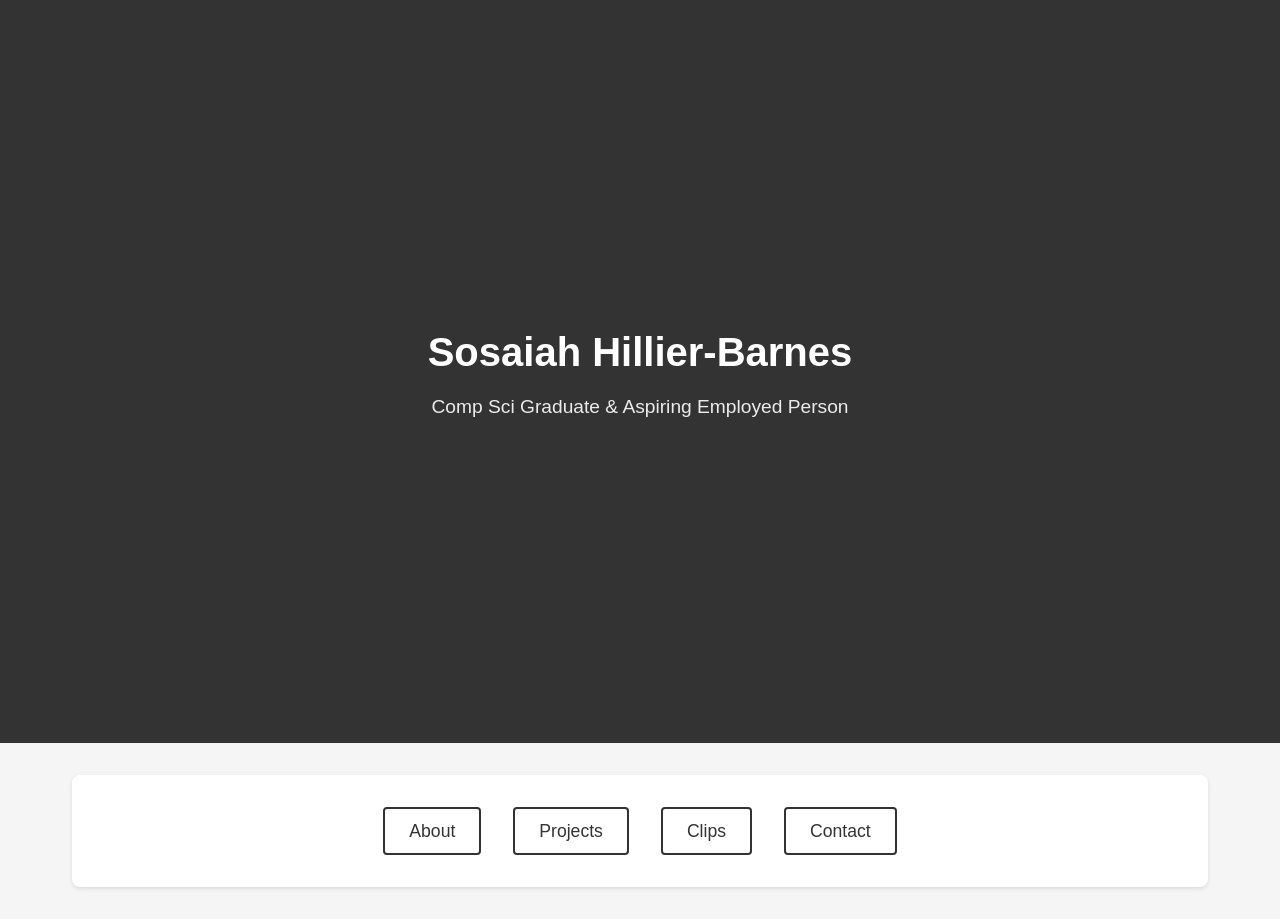
Repository: Hillier-Barnes/PortfolioWebsiteNew
Page: /
The author's editor kept a copy of each file at every save. The page is drawn from the files as they stood at one save, then again after the next save.
The browser window is 1280 px wide. The pictures show the whole page.
The project was rebuilt for these pictures with package versions that can differ from the ones it lists, and the page was loaded fresh each time. Also part of the build but not shown: vite.config.js.

Above is the page before, as saved 2025-11-12 14:32:56.

After the next save:
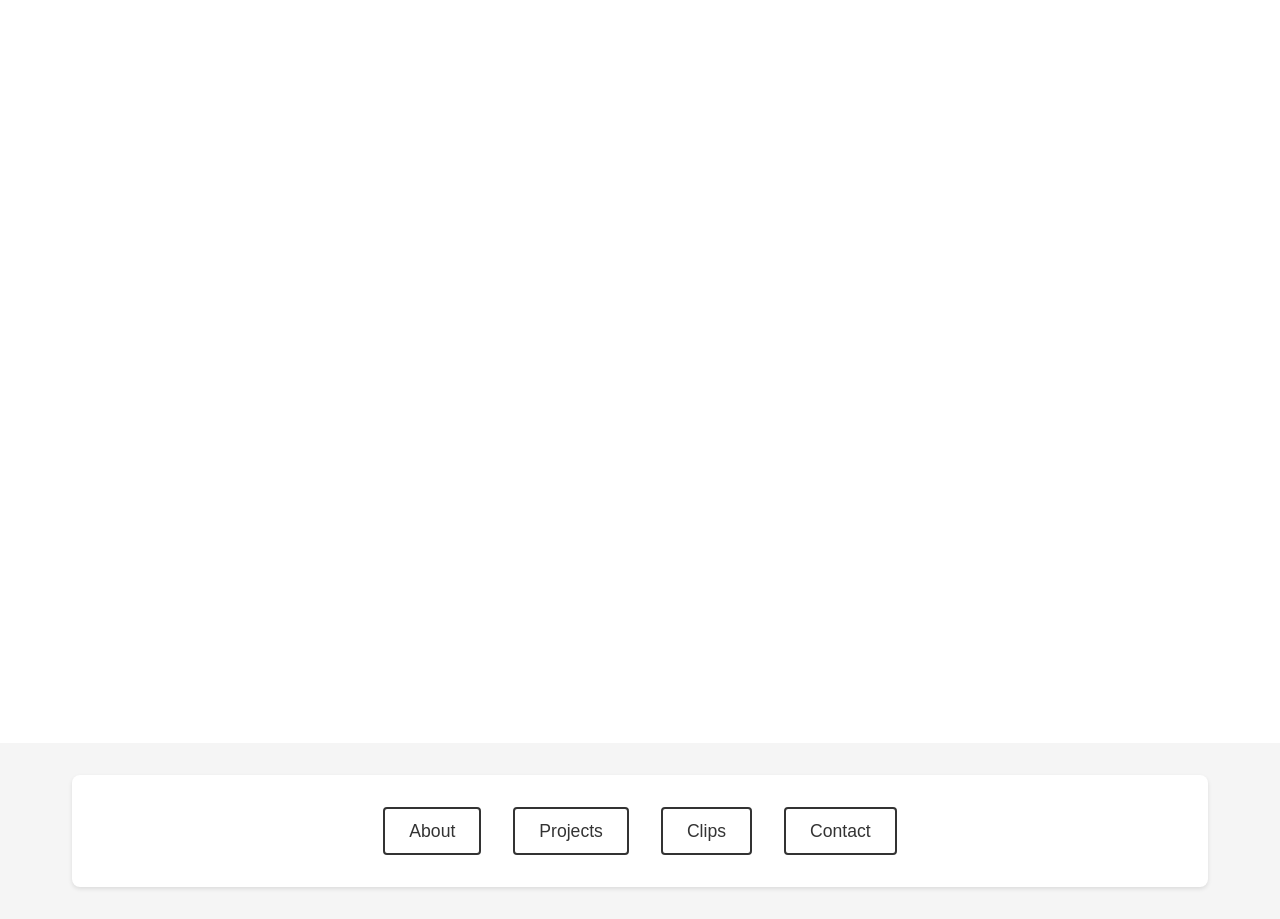
Saved 31 s later.
--- a/styles.css
+++ b/styles.css
@@ -14,7 +14,7 @@ body {
 
 /* Header */
 header {
-  background-color: #333;
+  background-color: #ffffff;
   color: white;
   padding: 20rem;
   text-align: center;
